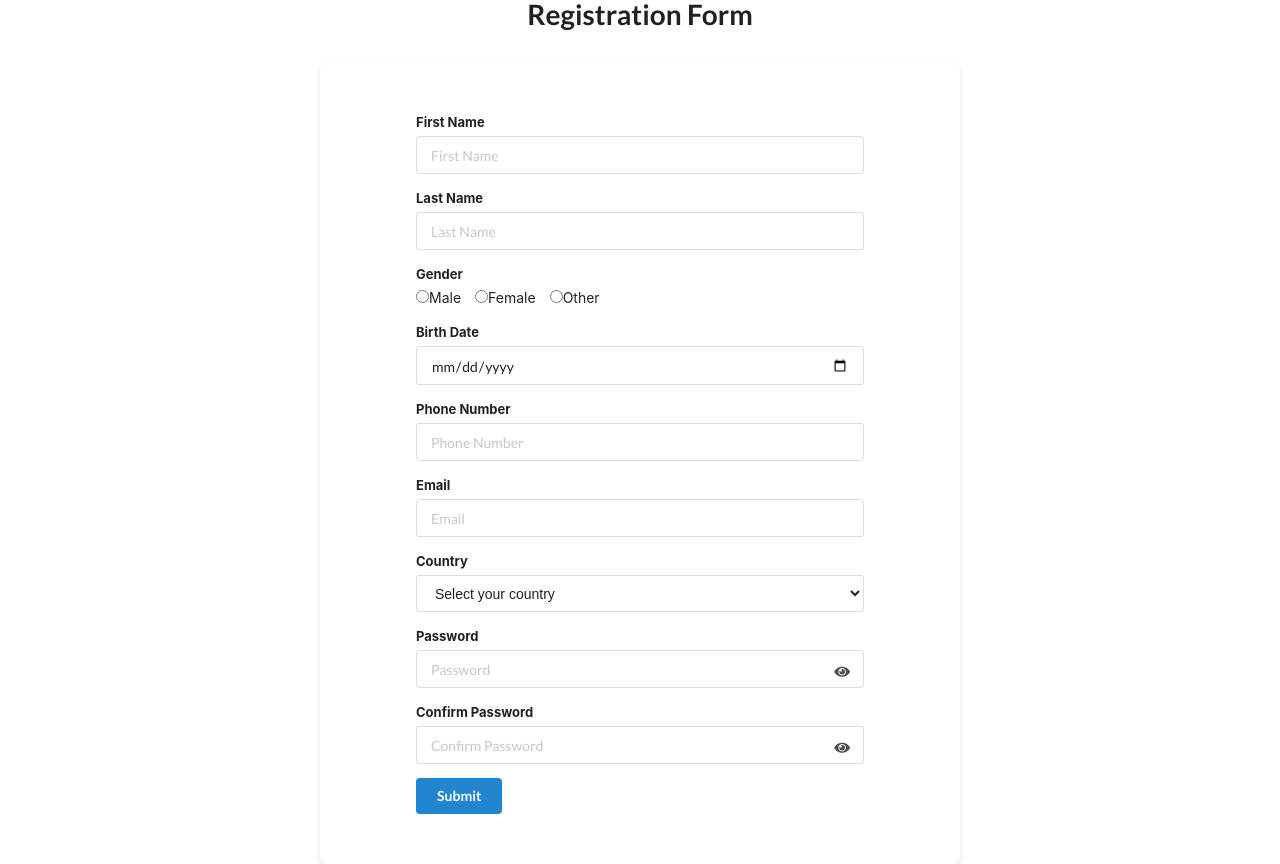
Repository: Wahid137/registration-form
Page: /
These files come from the project's save history. The page is drawn as it stood at one moment and after the next save; the edit follows.
The browser window is 1280 px wide. The pictures show the whole page.
The project was rebuilt for these pictures with package versions that can differ from the ones it lists, and the page was loaded fresh each time. Also part of the build but not shown: src/App.css.

Above is the page before, as saved 2024-05-01 14:28:16.

### src/index.js
import React from 'react';
import ReactDOM from 'react-dom/client';
import 'semantic-ui-css/semantic.min.css';
import App from './App';
import './index.css';
import reportWebVitals from './reportWebVitals';

const root = ReactDOM.createRoot(document.getElementById('root'));
root.render(
  <React.StrictMode>
    <App />
  </React.StrictMode>
);

// If you want to start measuring performance in your app, pass a function
// to log results (for example: reportWebVitals(console.log))
// or send to an analytics endpoint. Learn more: https://bit.ly/CRA-vitals
reportWebVitals();

### src/App.js
import { Header } from 'semantic-ui-react';
import './App.css';
import Register from './components/Register';

function App() {
  return (
    <div className="App">
      <Header as='h1' textAlign='center'>
        Registration Form
      </Header>
      <Register />
    </div>
  );
}

export default App;

### src/components/Register.js
import Joi from "joi";
import moment from "moment";
import React, { useState } from "react";
import { useForm } from "react-hook-form";
import { Button, Container, Form, FormField, Icon } from "semantic-ui-react";
import { countryOptions } from "../utils/country";

const Register = () => {
    const [showPassword, setShowPassword] = useState(false);
    const [showConfirmPassword, setShowConfirmPassword] = useState(false);
    const togglePasswordVisibility = () => setShowPassword(!showPassword);
    const toggleConfirmPasswordVisibility = () => setShowConfirmPassword(!showConfirmPassword);

    const { register, handleSubmit, reset, watch } = useForm();
    const password = watch("password", "");

    const [formErrors, setFormErrors] = useState({});

    const minBirthDate = moment().subtract(18, "years").format("YYYY-MM-DD");
    const nameRegex = /^[A-Za-z\s]+$/;
    const phoneRegex = /^[0-9]{10}$/;
    const passwordRegex = /^(?=.*[a-z])(?=.*[A-Z])(?=.*\d)[a-zA-Z\d]{3,30}$/;

    const schema = Joi.object({
        firstName: Joi.string().min(2).max(20).pattern(nameRegex).required().messages({
            "string.base": "First name must be a string",
            "string.empty": "Please enter your first name",
            "string.min": "First name must have at least {#limit} characters",
            "string.max": "First name cannot exceed {#limit} characters",
            "string.pattern.base": "First name must contain only alphabets and spaces",
            "any.required": "First name is required",
        }),
        lastName: Joi.string().min(2).max(20).pattern(nameRegex).required().messages({
            "string.base": "Last name must be a string",
            "string.empty": "Please enter your last name",
            "string.min": "Last name must have at least {#limit} characters",
            "string.max": "Last name cannot exceed {#limit} characters",
            "string.pattern.base": "Last name must contain only alphabets and spaces",
            "any.required": "Last name is required",
        }),
        gender: Joi.string().valid('male', 'female', 'other').required().messages({
            "any.required": "Gender is required",
            "any.only": "Please select a valid gender",
        }),
        birthDate: Joi.date()
            .max(minBirthDate)
            .required()
            .messages({
                "date.base": "Please enter a valid date",
                "date.max": "You must be at least 18 years old",
                "any.required": "Birth date is required",
            }),
        phoneNumber: Joi.string().pattern(phoneRegex).required().messages({
            "string.base": "Phone number must be a string",
            "string.empty": "Please enter your phone number",
            "string.pattern.base": "Phone number must be exactly 10 digits",
            "any.required": "Phone number is required",
        }),
        email: Joi.string().email({ tlds: { allow: false } }).required().messages({
            "string.base": "Email must be a string",
            "string.empty": "Please enter your email",
            "string.email": "Please enter a valid email address",
            "any.required": "Email is required",
        }),
        password: Joi.string().pattern(passwordRegex).required().messages({
            "string.base": "Password must be a string",
            "string.empty": "Please enter your password",
            "string.pattern.base": "Password must be 3 to 30 characters long and contain at least one lowercase letter, one uppercase letter, and one digit",
            "any.required": "Password is required",
        }),
        confirmPassword: Joi.string().valid(password).required().messages({
            "any.required": "Confirm password is required",
            "any.only": "Passwords do not match",
        }),
        country: Joi.string().required().messages({
            "any.required": "Please select a country",
        }),
    });

    const getPasswordErrorMessage = (value) => {
        if (value.length < 3 || value.length > 30) {
            return "Password must be 3 to 30 characters long";
        }
        if (!/[a-z]/.test(value)) {
            return "Password must contain at least one lowercase letter";
        }
        if (!/[A-Z]/.test(value)) {
            return "Password must contain at least one uppercase letter";
        }
        if (!/[0-9]/.test(value)) {
            return "Password must contain at least one digit";
        }
        return "";
    };

    const onSubmit = (data) => {
        const { error } = schema.validate(data, { abortEarly: false });
        if (error) {
            const errorMessage = {};
            error.details.forEach((detail) => {
                errorMessage[detail.path[0]] = detail.message;
            });
            if (data.password) {
                errorMessage.password = getPasswordErrorMessage(data.password);
            }
            setFormErrors(errorMessage);
            return;
        }
        console.log(data);
        reset();
        setFormErrors({});
    };

    return (
        <Container
            style={{
                marginTop: "30px",
                display: "flex",
                width: "50%",
                justifyContent: "center",
                paddingTop: "50px",
                paddingBottom: "50px",
                boxShadow: "0 4px 8px rgba(0,0,0,0.1)",
                borderRadius: "8px",
            }}
        >
            <Form style={{ width: "70%" }} onSubmit={handleSubmit(onSubmit)}>
                <div style={{ marginBottom: "1rem" }}>
                    <FormField error={formErrors.firstName !== undefined}>
                        <label>First Name</label>
                        <input
                            placeholder="First Name"
                            {...register("firstName")}
                            className={formErrors.firstName ? "error" : ""}
                        />
                        {formErrors.firstName && (
                            <div className="ui pointing red basic label">
                                {formErrors.firstName}
                            </div>
                        )}
                    </FormField>
                </div>
                <div style={{ marginBottom: "1rem" }}>
                    <FormField error={formErrors.lastName !== undefined}>
                        <label>Last Name</label>
                        <input
                            placeholder="Last Name"
                            {...register("lastName")}
                            className={formErrors.lastName ? "error" : ""}
                        />
                        {formErrors.lastName && (
                            <div className="ui pointing red basic label">
                                {formErrors.lastName}
                            </div>
                        )}
                    </FormField>
                </div>
                <div style={{ marginBottom: "1rem" }}>
                    <FormField>
                        <label>Gender</label>
                        <div style={{ display: "flex", flexDirection: "row" }}>
                            <div style={{ marginRight: "1rem" }}>
                                <input type="radio" id="male" {...register("gender")} value="male" />
                                <label htmlFor="male">Male</label>
                            </div>
                            <div style={{ marginRight: "1rem" }}>
                                <input type="radio" id="female" {...register("gender")} value="female" />
                                <label htmlFor="female">Female</label>
                            </div>
                            <div>
                                <input type="radio" id="other" {...register("gender")} value="other" />
                                <label htmlFor="other">Other</label>
                            </div>
                        </div>
                        {formErrors.gender && (
                            <div className="ui pointing red basic label">
                                {formErrors.gender}
                            </div>
                        )}
                    </FormField>
                </div>
                <div style={{ marginBottom: "1rem" }}>
                    <FormField error={formErrors.birthDate !== undefined}>
                        <label>Birth Date</label>
                        <input
                            type="date"
                            name="birthDate"
                            {...register("birthDate")}
                            className={formErrors.birthDate ? "error" : ""}
                        />
                        {formErrors.birthDate && (
                            <div className="ui pointing red basic label">
                                {formErrors.birthDate}
                            </div>
                        )}
                    </FormField>
                </div>
                <div style={{ marginBottom: "1rem" }}>
                    <FormField error={formErrors.phoneNumber !== undefined}>
                        <label>Phone Number</label>
                        <input
                            placeholder="Phone Number"
                            {...register("phoneNumber")}
                            className={formErrors.phoneNumber ? "error" : ""}
                        />
                        {formErrors.phoneNumber && (
                            <div className="ui pointing red basic label">
                                {formErrors.phoneNumber}
                            </div>
                        )}
                    </FormField>
                </div>
                <div style={{ marginBottom: "1rem" }}>
                    <FormField error={formErrors.email !== undefined}>
                        <label>Email</label>
                        <input
                            placeholder="Email"
                            {...register("email")}
                            className={formErrors.email ? "error" : ""}
                        />
                        {formErrors.email && (
                            <div className="ui pointing red basic label">
                                {formErrors.email}
                            </div>
                        )}
                    </FormField>
                </div>
                <div style={{ marginBottom: "1rem" }}>
                    <FormField error={formErrors.country !== undefined}>
                        <label>Country</label>
                        <select {...register("country")} className={formErrors.country ? "error" : ""}>
                            <option value="">Select your country</option>
                            {
                                countryOptions?.map((country) => <option key={country?.key} value={country?.value}>{country?.text}</option>)
                            }
                        </select>
                        {formErrors.country && (
                            <div className="ui pointing red basic label">
                                {formErrors.country}
                            </div>
                        )}
                    </FormField>
                </div>
                <div style={{ marginBottom: "1rem" }}>
                    <FormField error={formErrors.password !== undefined}>
                        <label>Password</label>
                        <div className="ui input">
                            <input
                                type={showPassword ? "text" : "password"}
                                placeholder="Password"
                                {...register("password")}
                                className={formErrors.password ? "error" : ""}
                            />
                            <Icon
                                name={showPassword ? "eye slash" : "eye"}
                                link
                                onClick={togglePasswordVisibility}
                                style={{ cursor: "pointer", position: "absolute", right: "10px", top: "50%", transform: "translateY(-50%)" }}
                            />
                        </div>
                        {formErrors.password && (
                            <div className="ui pointing red basic label">
                                {formErrors.password}
                            </div>
                        )}
                    </FormField>
                </div>
                <div style={{ marginBottom: "1rem" }}>
                    <FormField error={formErrors.confirmPassword !== undefined}>
                        <label>Confirm Password</label>
                        <div className="ui input">
                            <input
                                type={showConfirmPassword ? "text" : "password"}
                                placeholder="Confirm Password"
                                {...register("confirmPassword")}
                                className={formErrors.confirmPassword ? "error" : ""}
                            />
                            <Icon
                                name={showConfirmPassword ? "eye slash" : "eye"}
                                link
                                onClick={toggleConfirmPasswordVisibility}
                                style={{ cursor: "pointer", position: "absolute", right: "10px", top: "50%", transform: "translateY(-50%)" }}
                            />
                        </div>
                        {formErrors.confirmPassword && (
                            <div className="ui pointing red basic label">
                                {formErrors.confirmPassword}
                            </div>
                        )}
                    </FormField>
                </div>
                <Button type="submit" color="blue">
                    Submit
                </Button>
            </Form>
        </Container>
    );
};

export default Register;

### src/utils/country.js
export const countryOptions = [
    { key: 'af', value: 'af', text: 'Afghanistan' },
    { key: 'ax', value: 'ax', text: 'Aland Islands' },
    { key: 'al', value: 'al', text: 'Albania' },
    { key: 'dz', value: 'dz', text: 'Algeria' },
    { key: 'as', value: 'as', text: 'American Samoa' },
    { key: 'ad', value: 'ad', text: 'Andorra' },
    { key: 'ao', value: 'ao', text: 'Angola' },
    { key: 'ai', value: 'ai', text: 'Anguilla' },
    { key: 'ag', value: 'ag', text: 'Antigua' },
    { key: 'ar', value: 'ar', text: 'Argentina' },
    { key: 'am', value: 'am', text: 'Armenia' },
    { key: 'aw', value: 'aw', text: 'Aruba' },
    { key: 'au', value: 'au', text: 'Australia' },
    { key: 'at', value: 'at', text: 'Austria' },
    { key: 'az', value: 'az', text: 'Azerbaijan' },
    { key: 'bs', value: 'bs', text: 'Bahamas' },
    { key: 'bh', value: 'bh', text: 'Bahrain' },
    { key: 'bd', value: 'bd', text: 'Bangladesh' },
    { key: 'bb', value: 'bb', text: 'Barbados' },
    { key: 'by', value: 'by', text: 'Belarus' },
    { key: 'be', value: 'be', text: 'Belgium' },
    { key: 'bz', value: 'bz', text: 'Belize' },
    { key: 'bj', value: 'bj', text: 'Benin' },
]

Loaded but not shown: public/index.html (common file); src/index.css (common file); src/reportWebVitals.js (common file)

After the next save:
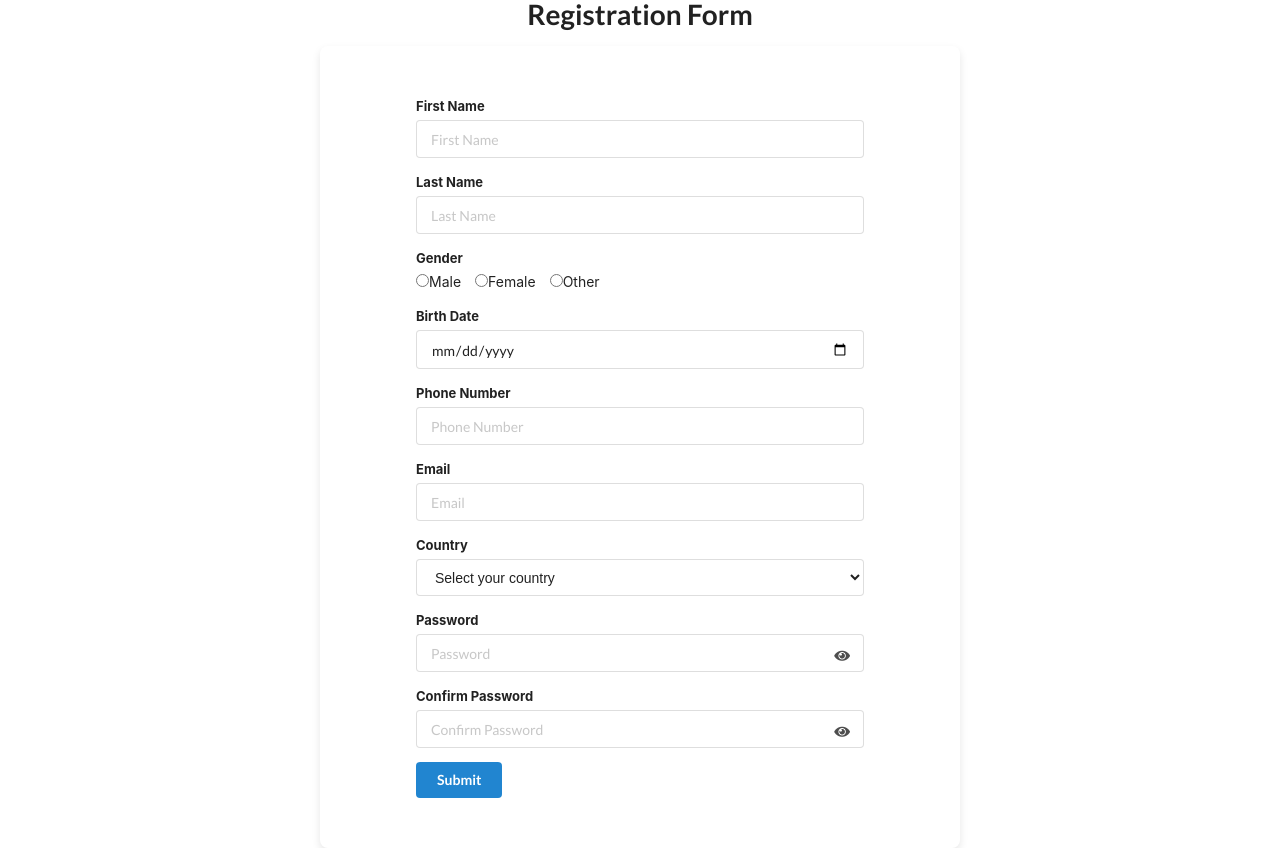
Saved 3 min 1 s later.
--- a/src/components/Register.js
+++ b/src/components/Register.js
@@ -114,7 +114,7 @@ const Register = () => {
     return (
         <Container
             style={{
-                marginTop: "30px",
+                marginTop: "5px",
                 display: "flex",
                 width: "50%",
                 justifyContent: "center",
